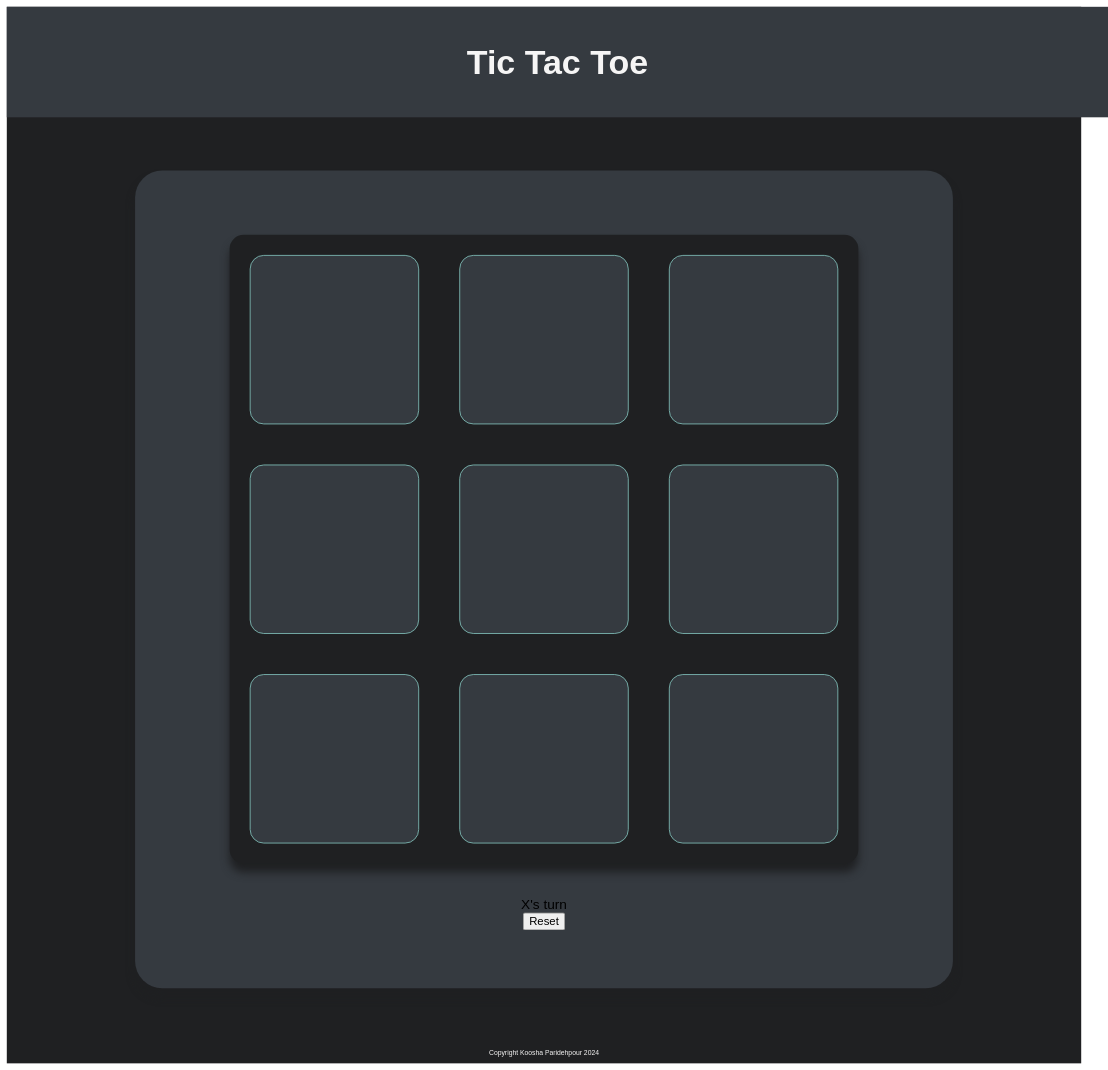
Repository: KooshaPari/odin-TTT
Page: index.html
These files come from the project's save history. The page is drawn as it stood at one moment and after the next save; the edit follows.
The browser window is 1280 px wide. The page is 1304 px wide, so the pictures cover 1304 px, including what lies to the right of the window. The pictures show the whole page, at 85% of full size.
The pointer rests on the first visible `.square`.

Above is the page before, as saved 2024-03-14 23:06:31.

### index.html
<!doctype html>
<html lang="en">
  <head>
    <meta charset="UTF-8" />

    <link rel="stylesheet" href="./style.css" />
    <meta name="viewport" content="width=device-width, initial-scale=1.0" />
    <title>Document</title>
  </head>
  <body>
    <div id="parent">
      <div id="header">
        <h1>Tic Tac Toe</h1>
      </div>
      <div id="body">
        <div id="game">
          <div id="board">
            <div class="square" id="0"></div>
            <div class="square" id="1"></div>
            <div class="square" id="2"></div>
            <div class="square" id="3"></div>
            <div class="square" id="4"></div>
            <div class="square" id="5"></div>
            <div class="square" id="6"></div>
            <div class="square" id="7"></div>
            <div class="square" id="8"></div>
          </div>
          <div id="status">X's turn</div>
          <button id="reset">Reset</button>
        </div>
      </div>
      <div id="footer">
        <p>Copyright Koosha Paridehpour 2024</p>
      </div>
    </div>
  </body>
</html>

### style.css
* {
  font-family: sans-serif;
}
#parent {
  background-color: #1f2022;
  width: 100%;
  height: 100%;
}
#header {
  background-color: #353a40;
  padding: 1.25%;
  width: 100%;
  height: 100%;
}
#header h1 {
  color: #f6f5f5;

  font-size: 2.5em;
}
#footer p {
  color: #f6f5f5;
  font-size: 0.5em;
}

#header,
#footer,
#body {
  display: flex;
  align-items: center;
  justify-content: center;
}
#title {
  color: #f6f5f5;
}
#body {
  flex-direction: column;
}
#game {
  transition: 2.5s ease-in-out;
  display: flex;
  flex-direction: column;
  justify-content: center;
  align-items: center;
  background-color: #353a40;
  border-radius: 2em;
  margin: 5vw;
  box-shadow: 0px 10px 10px #1f2022;
  width: 75vw;
  height: 75vw;
  -webkit-border-radius: 2em;
  -moz-border-radius: 2em;
  -ms-border-radius: 2em;
  -o-border-radius: 2em;
  -webkit-transition: 2.5s ease-in-out;
  -moz-transition: 2.5s ease-in-out;
  -ms-transition: 2.5s ease-in-out;
  -o-transition: 2.5s ease-in-out;
}
#board {
  display: grid;
  grid-template-columns: 1fr 1fr 1fr;
  width: 75%;
  transition: 1s ease-in-out;
  height: 75%;
  background-color: #1f2022;
  border-radius: 1em;
  margin: 2em;

  align-items: center;
  justify-content: center;
  box-shadow: 0px 10px 10px #1f2022;
  -webkit-border-radius: 1em;
  -moz-border-radius: 1em;
  -ms-border-radius: 1em;
  -o-border-radius: 1em;
  -webkit-transition: 1s ease-in-out;
  -moz-transition: 1s ease-in-out;
  -ms-transition: 1s ease-in-out;
  -o-transition: 1s ease-in-out;
}
#board:hover {
  transform: scale(1.025) translate(0, -1em);
  transition: 0.5s ease-in-out;
  -webkit-transform: scale(1.025) translate(0, -1em);
  -moz-transform: scale(1.025) translate(0, -1em);
  -ms-transform: scale(1.025) translate(0, -1em);
  -o-transform: scale(1.025) translate(0, -1em);
  -webkit-transition: 0.5s ease-in-out;
  -moz-transition: 0.5s ease-in-out;
  -ms-transition: 0.5s ease-in-out;
  -o-transition: 0.5s ease-in-out;
}
#game:hover {
  transform: scale(1.05) translate(0, -0.5em);
  transition: 10s ease-in-out;
  -webkit-transform: scale(1.05) translate(0, -0.5em);
  -moz-transform: scale(1.05) translate(0, -0.5em);
  -ms-transform: scale(1.05) translate(0, -0.5em);
  -o-transform: scale(1.05) translate(0, -0.5em);
  -webkit-transition: 10s ease-in-out;
  -moz-transition: 10s ease-in-out;
  -ms-transition: 10s ease-in-out;
  -o-transition: 10s ease-in-out;
}
.square {
  justify-self: center;
  border: 0.1px solid #7ebab5;
  width: 80%;
  flex: 0;
  border-radius: 1em;
  height: 80%;
  background-color: #353a40;
  text-align: center;
  justify-content: center;
  display: flex;
  cursor: pointer;
  align-items: center;
  white-space: nowrap;
}
.square p {
  font-size: 4em;
  color: #7ebab5;
  font-weight: bold;
  overflow: hidden;
  align-self: center;
  justify-self: center;
  text-align: center;
  padding: 0;
  margin: 0;
  display: inline;
}

After the next save:
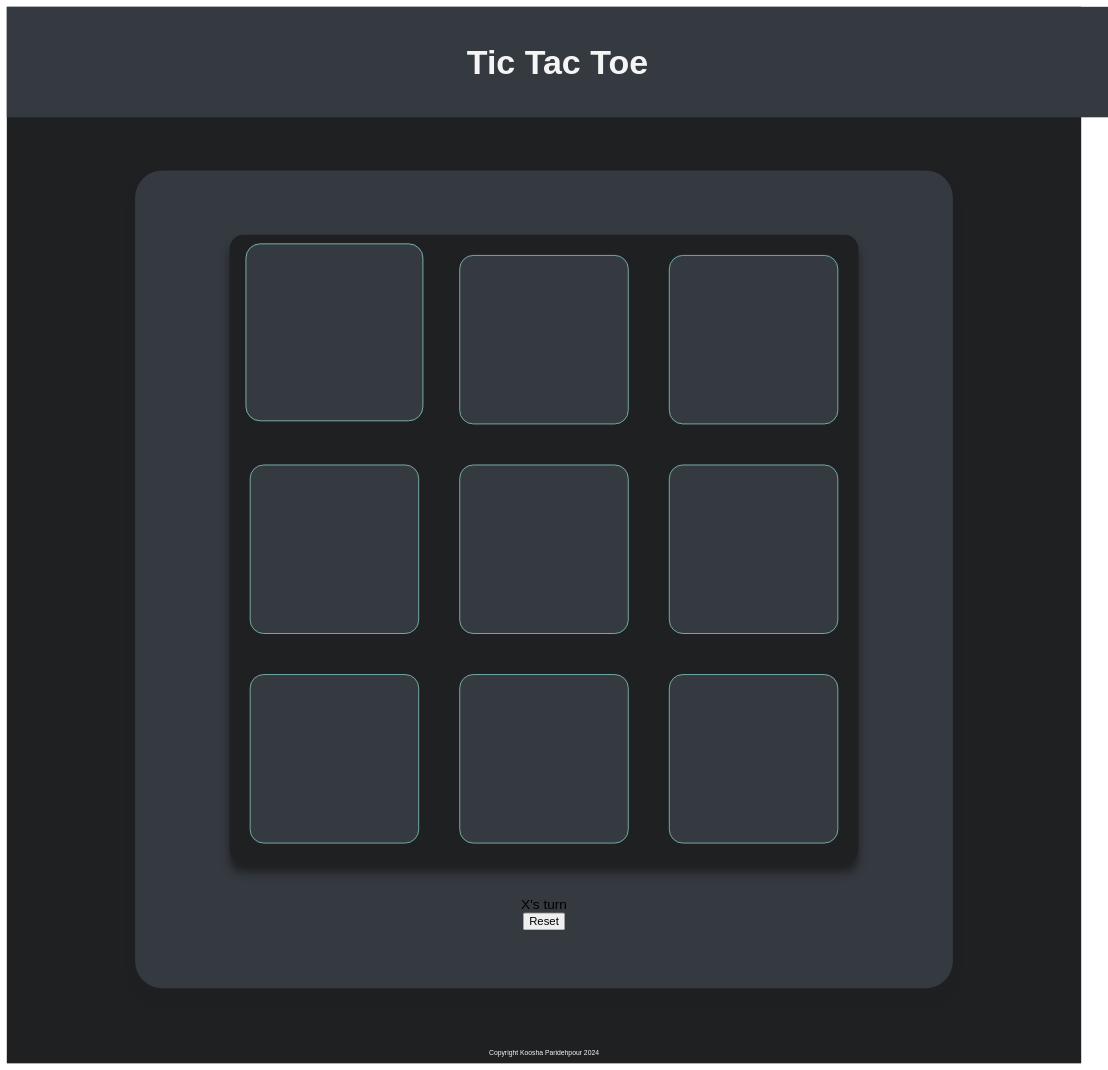
Saved 36 s later.
--- a/style.css
+++ b/style.css
@@ -129,3 +129,10 @@
   margin: 0;
   display: inline;
 }
+.square:hover {
+  transform: scale(1.05) translate(0, -0.5em);
+  -webkit-transform: scale(1.05) translate(0, -0.5em);
+  -moz-transform: scale(1.05) translate(0, -0.5em);
+  -ms-transform: scale(1.05) translate(0, -0.5em);
+  -o-transform: scale(1.05) translate(0, -0.5em);
+}

After the save that followed:
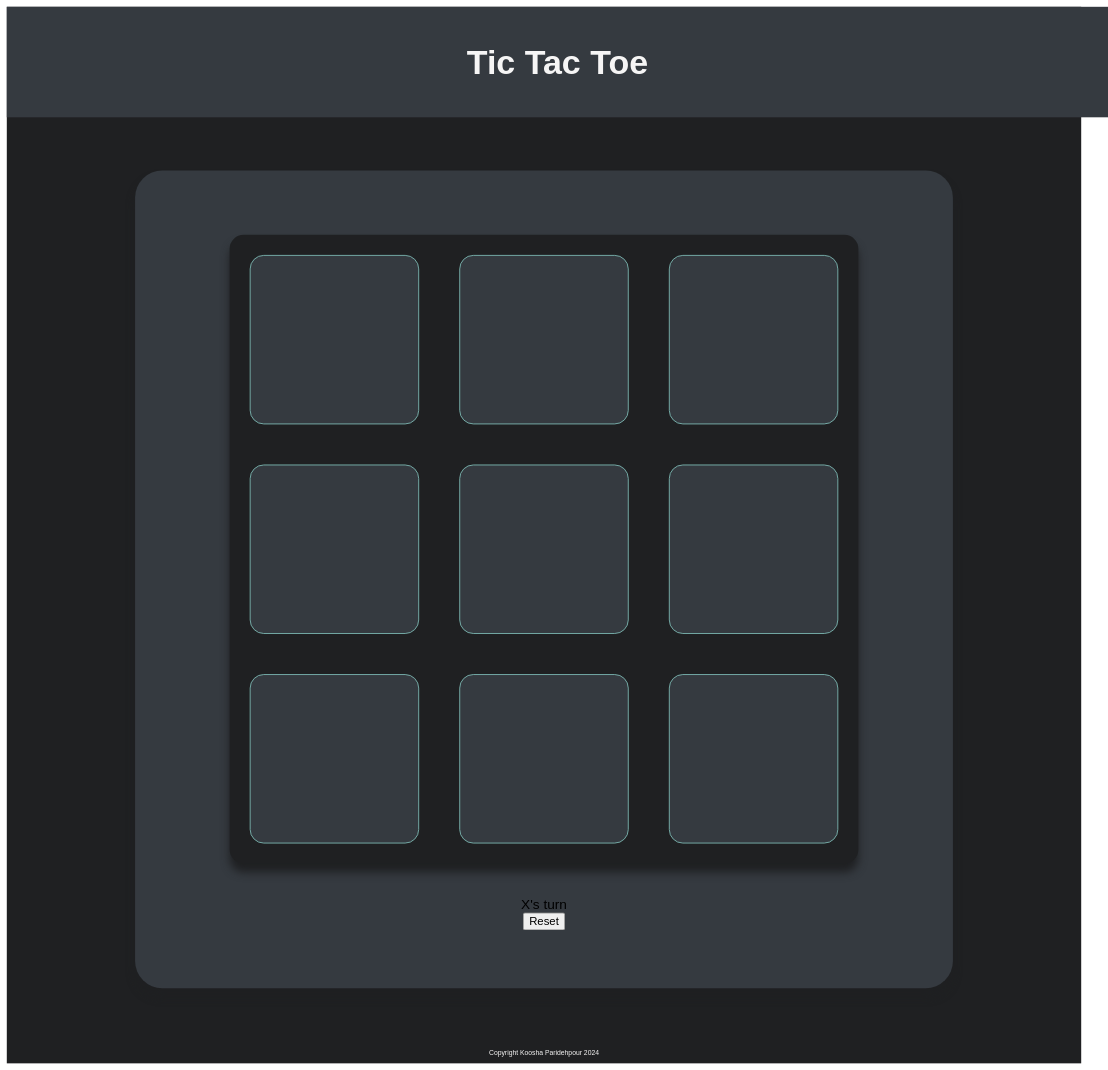
Saved 14 s later.
--- a/style.css
+++ b/style.css
@@ -130,9 +130,9 @@
   display: inline;
 }
 .square:hover {
-  transform: scale(1.05) translate(0, -0.5em);
-  -webkit-transform: scale(1.05) translate(0, -0.5em);
-  -moz-transform: scale(1.05) translate(0, -0.5em);
-  -ms-transform: scale(1.05) translate(0, -0.5em);
-  -o-transform: scale(1.05) translate(0, -0.5em);
+  transform: scale(1.05) translate(0, -0.5em) filter();
+  -webkit-transform: scale(1.05) translate(0, -0.5em) filter();
+  -moz-transform: scale(1.05) translate(0, -0.5em) filter();
+  -ms-transform: scale(1.05) translate(0, -0.5em) filter();
+  -o-transform: scale(1.05) translate(0, -0.5em) filter();
 }
